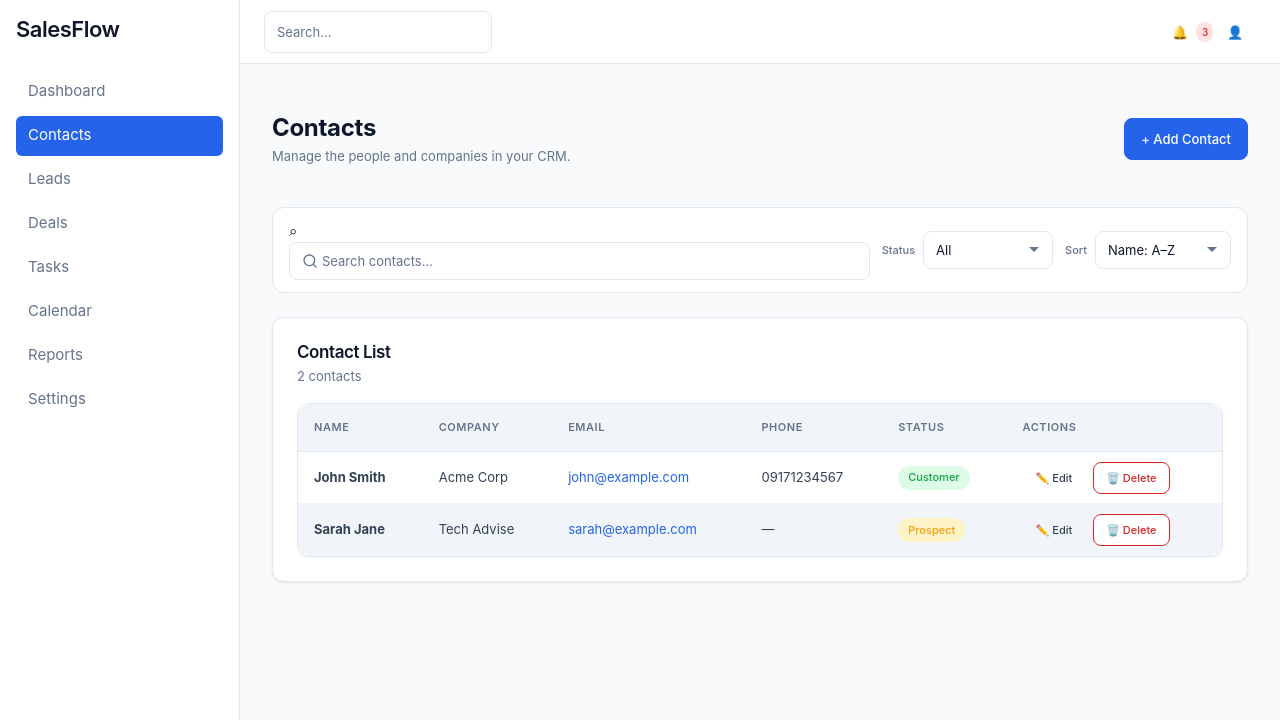
Repository: lawrencegonzaga-dev/salesflow-crm
Page: /contacts
The author's editor kept a copy of each file at every save. The page is drawn from the files as they stood at one save, then again after the next save.
The browser window is 1280 px wide. The pictures show the whole page.
The project was rebuilt for these pictures with package versions that can differ from the ones it lists, and the page was loaded fresh each time. Also part of the build but not shown: vite.config.js, src/components/StatCard.jsx, src/components/DashboardLeads.jsx, src/components/DashboardDeals.jsx, src/components/DashboardTasks.jsx, src/components/RecentActivity.jsx, src/pages/Dashboard.jsx, src/components/ContactForm.jsx and 23 more.

Above is the page before, as saved 2026-08-18 00:30:56.

After the next save:
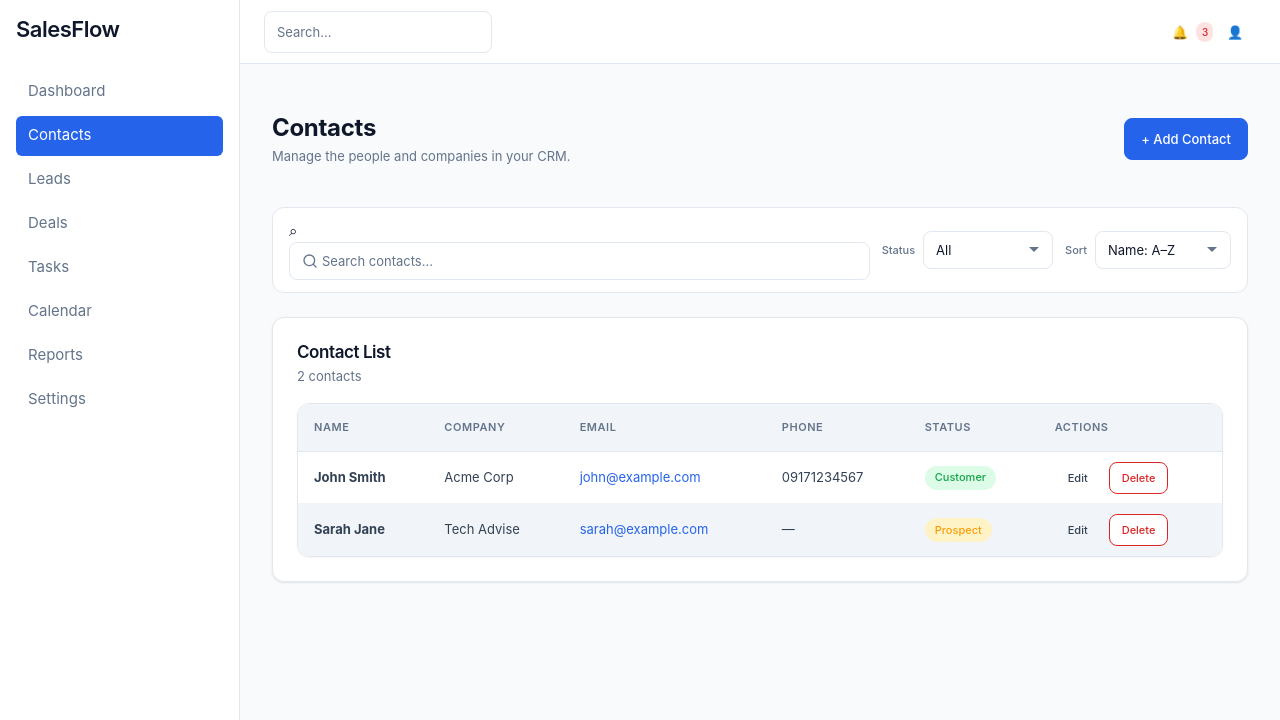
Saved 3 min 4 s later.
--- a/src/components/ContactRow.jsx
+++ b/src/components/ContactRow.jsx
@@ -36,7 +36,7 @@
                         className="button button--sm button--ghost"
                         onClick={() => onEditContact(contact)}
                     >
-                        ✏️ Edit
+                        Edit
                     </button>
                     <button
                         type="button"
@@ -47,7 +47,7 @@
                             }
                         }}
                     >
-                        🗑️ Delete
+                        Delete
                     </button>
                 </div>
             </td>

After the save that followed:
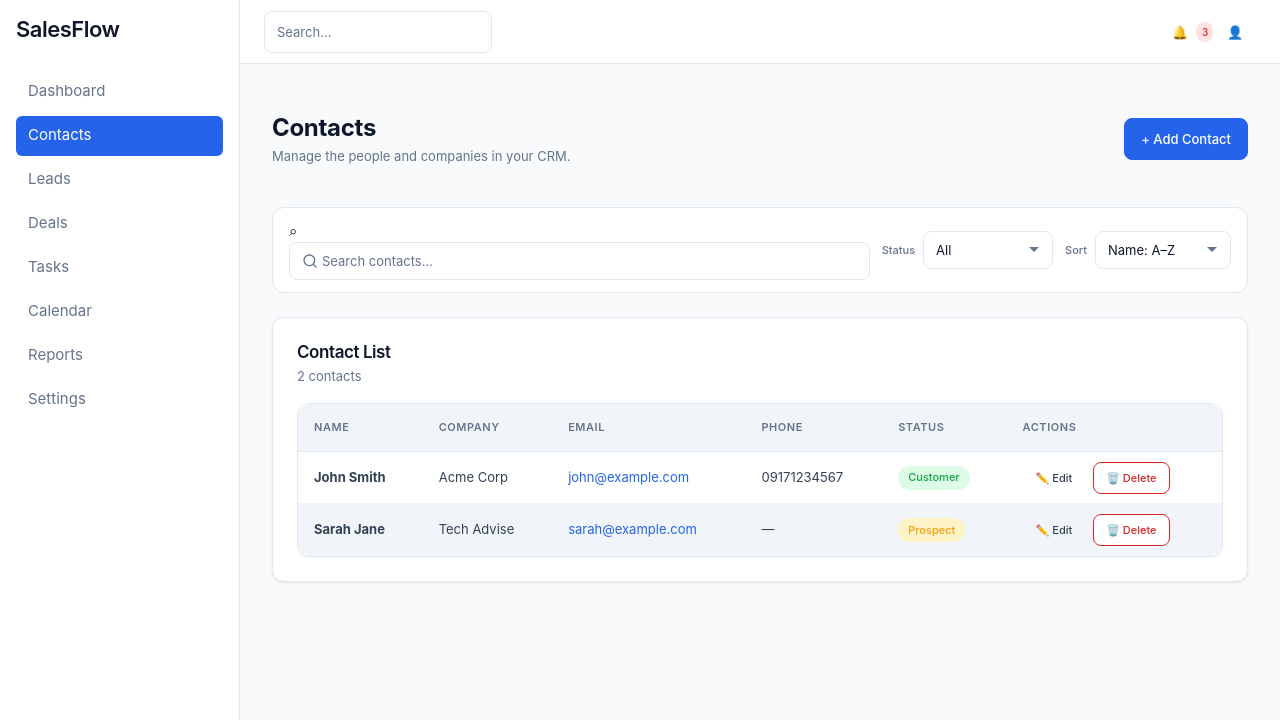
Saved 11 s later.
--- a/src/components/ContactRow.jsx
+++ b/src/components/ContactRow.jsx
@@ -36,7 +36,7 @@
                         className="button button--sm button--ghost"
                         onClick={() => onEditContact(contact)}
                     >
-                        Edit
+                        ✏️ Edit
                     </button>
                     <button
                         type="button"
@@ -47,7 +47,7 @@
                             }
                         }}
                     >
-                        Delete
+                        🗑️ Delete
                     </button>
                 </div>
             </td>
